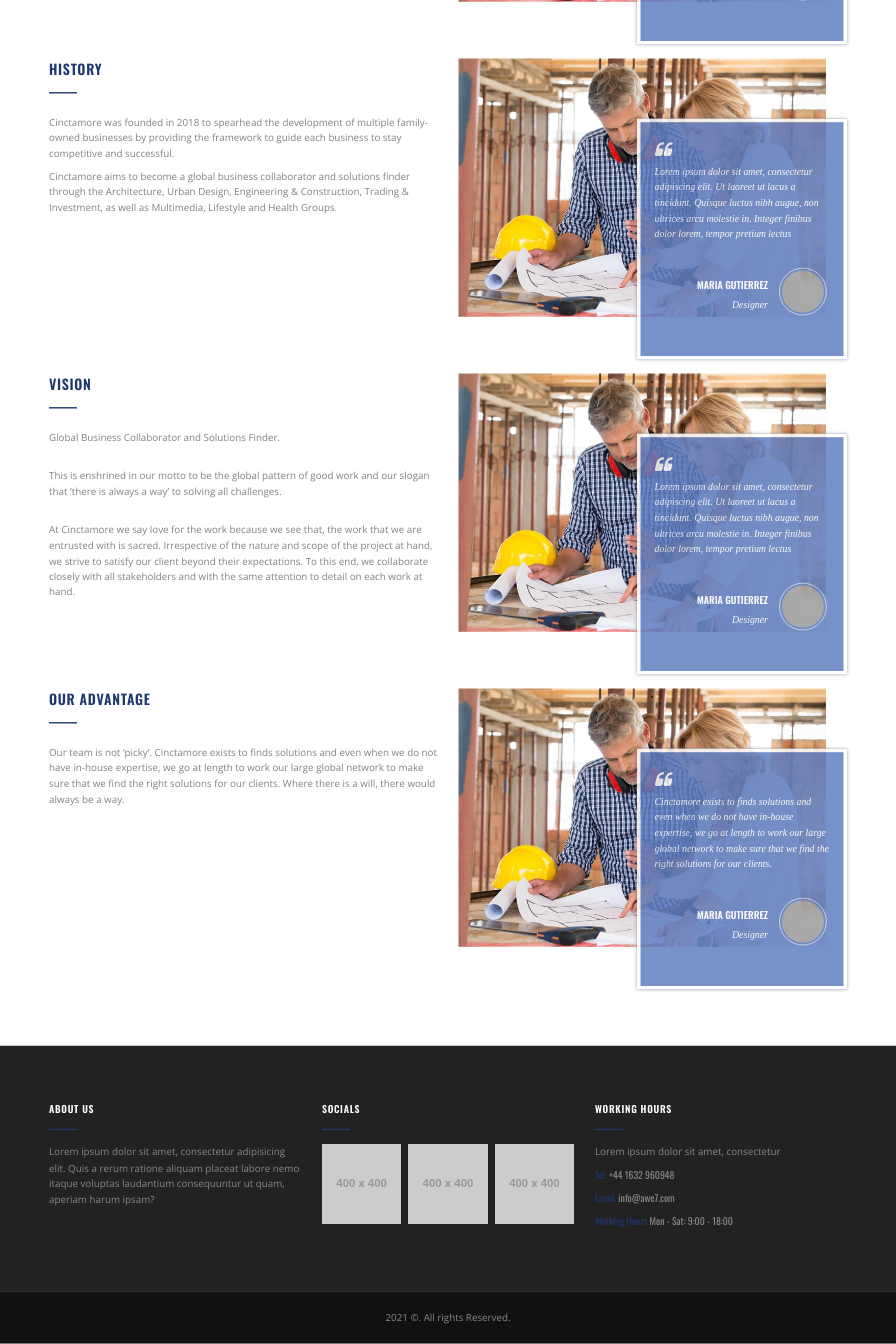
Repository: techieaccl/techieaccl.github.io
Page: about-us.html
These files come from the project's save history. The page is drawn as it stood at one moment and after the next save; the edit follows.
The browser window is 1280 px wide. The pictures show the part of the page from y = 751 to 2671 px (the page is 2671 px tall), at 70% of full size.
Pictures or frames that could not be fetched are drawn as grey boxes. Some web fonts or font styles are not loaded; a fallback is used.

Above is the page before, as saved 2021-09-08 20:01:15.

After the next save:
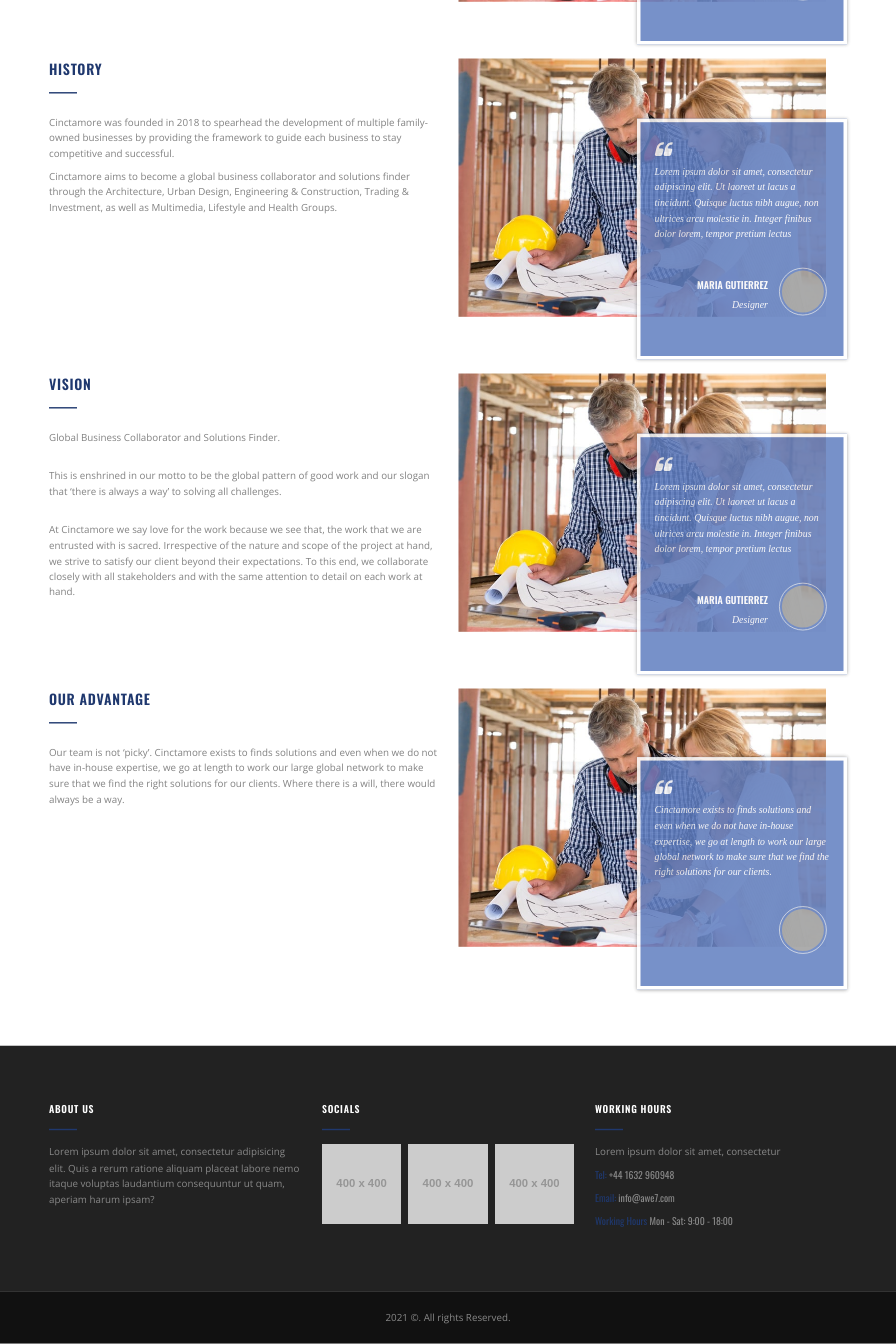
Saved 19 s later.
--- a/about-us.html
+++ b/about-us.html
@@ -211,9 +211,6 @@
 										<!-- authorbox -->
 										<div class="authorbox">
 											<div class="authorbox__avartar" style="background-image: url(https://unsplash.it/800);"><img src="https://unsplash.it/800" alt=""/></div>
-											<div class="authorbox__info">
-												<h5 class="authorbox__name">Maria Gutierrez</h5>
-												<p class="authorbox__work">Designer</p>
 											</div>
 										</div><!-- End / authorbox -->
 
